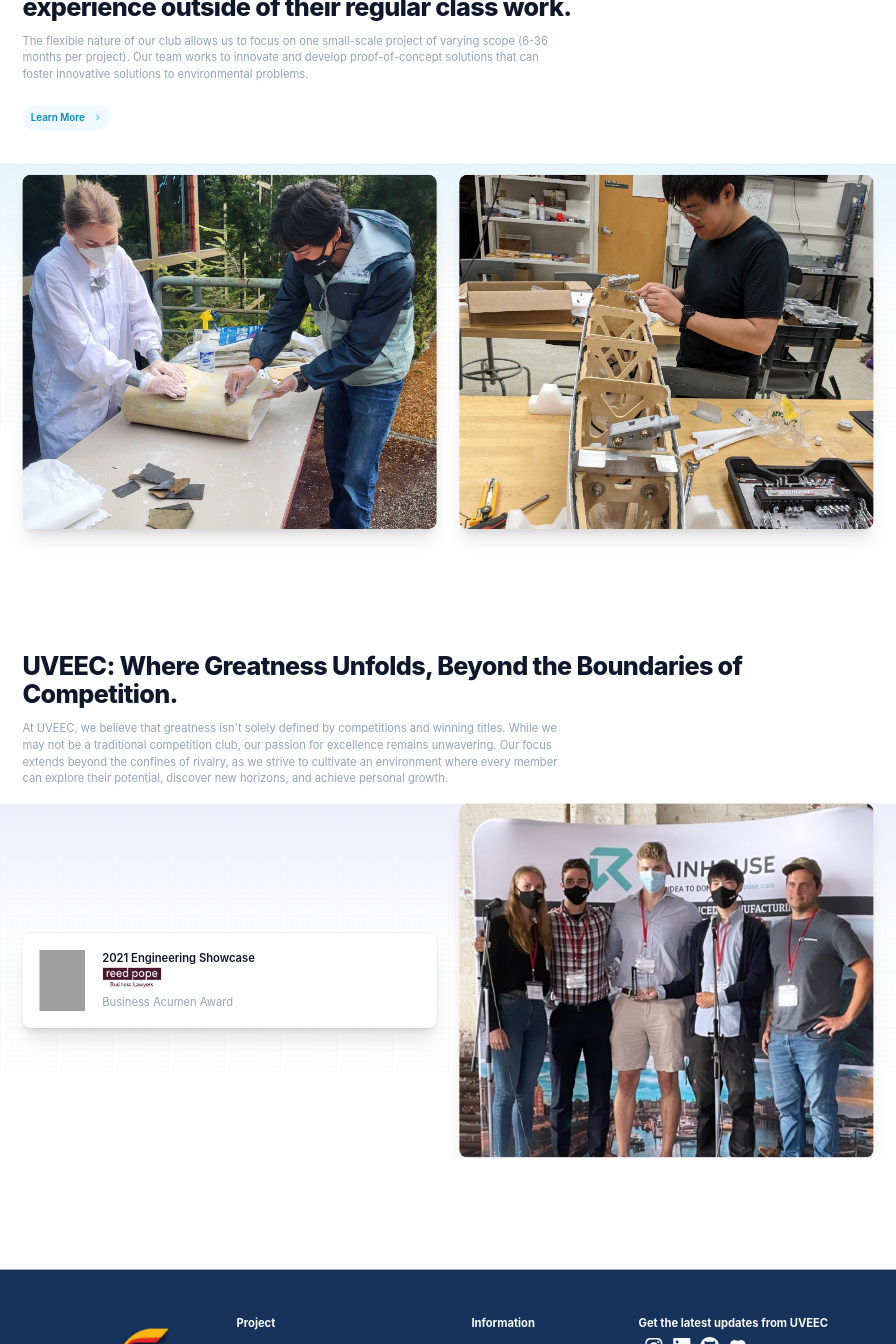
Repository: markaxelus/uveec-website
Page: /
The author's editor kept a copy of each file at every save. The page is drawn from the files as they stood at one save, then again after the next save.
The browser window is 1280 px wide. The pictures show the part of the page from y = 954 to 2874 px (the page is 3112 px tall before and 3128 px after), at 70% of full size.
Pictures or frames that could not be fetched are drawn as grey boxes. The project was rebuilt for these pictures with package versions that can differ from the ones it lists, and the page was loaded fresh each time. The framework's server and built-in components were replaced by stand-ins that run in the browser. Also part of the build but not shown: next.config.js, src/components/molecules/ProfileCard.tsx.

Above is the page before, as saved 2024-06-08 23:14:01.

After the next save:
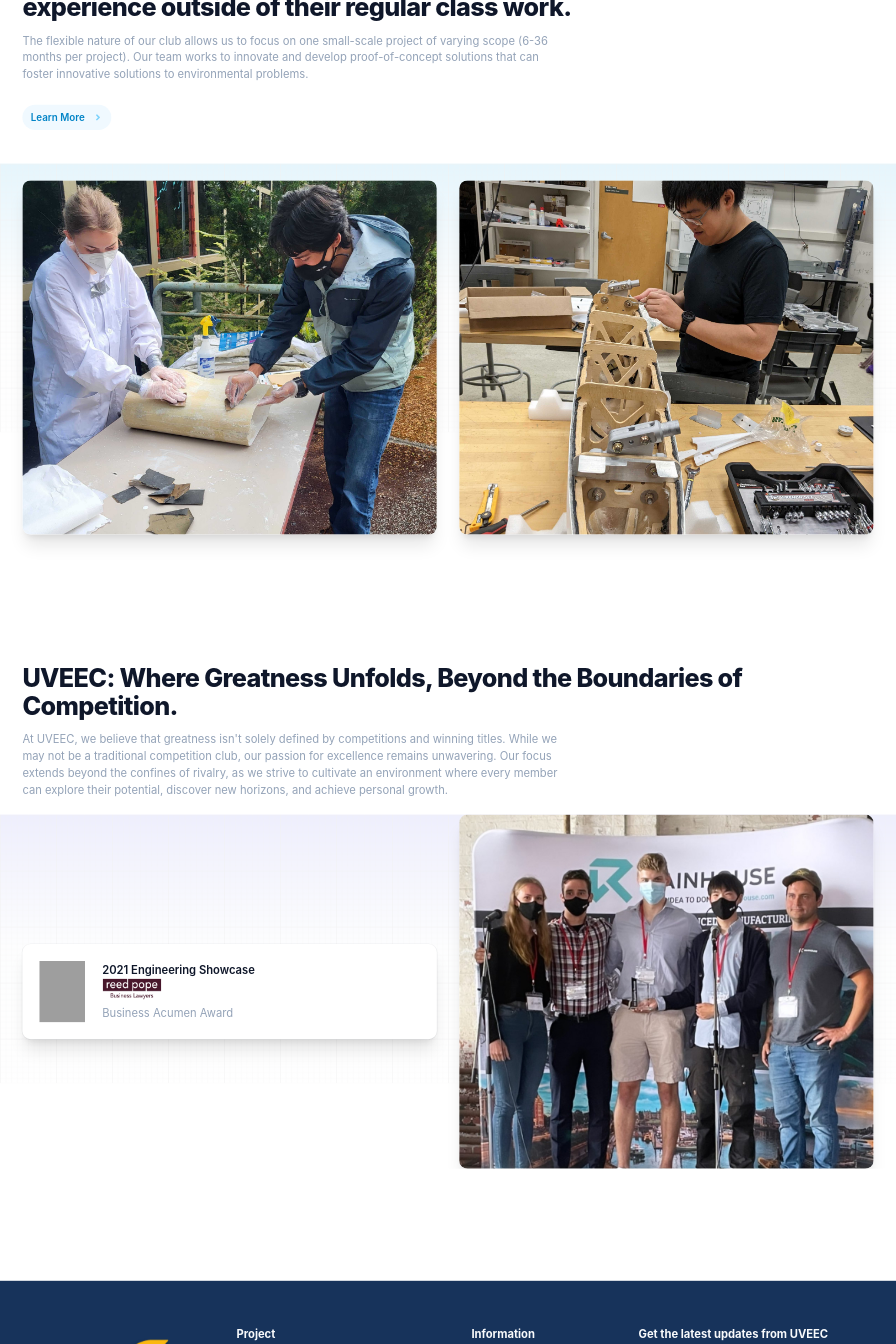
Saved 10 s later.
--- a/pages/index.tsx
+++ b/pages/index.tsx
@@ -100,7 +100,7 @@
                     <rect width="100%" height="100%" fill="url(#grid)" />
                   </svg>
                 </div>
-                <div className="max-w-7xl mx-auto px-4 py-4 sm:px-6 md:px-8 lg:grid lg:grid-cols-12 lg:gap-8">
+                <div className="max-w-7xl mx-auto px-4 py-6 sm:px-6 md:px-8 lg:grid lg:grid-cols-12 lg:gap-8">
                   {/*<div className="lg:col-span-5 xl:col-span-6 flex flex-col">
                     <div className="relative z-10 bg-white ring-1 ring-slate-900/5 rounded-lg shadow-xl px-6 py-5 my-auto xl:mt-18 dark:bg-slate-800">
                       <div className="absolute inset-x-0 inset-y-5 border-t border-b border-slate-100 pointer-events-none dark:border-slate-700" />
